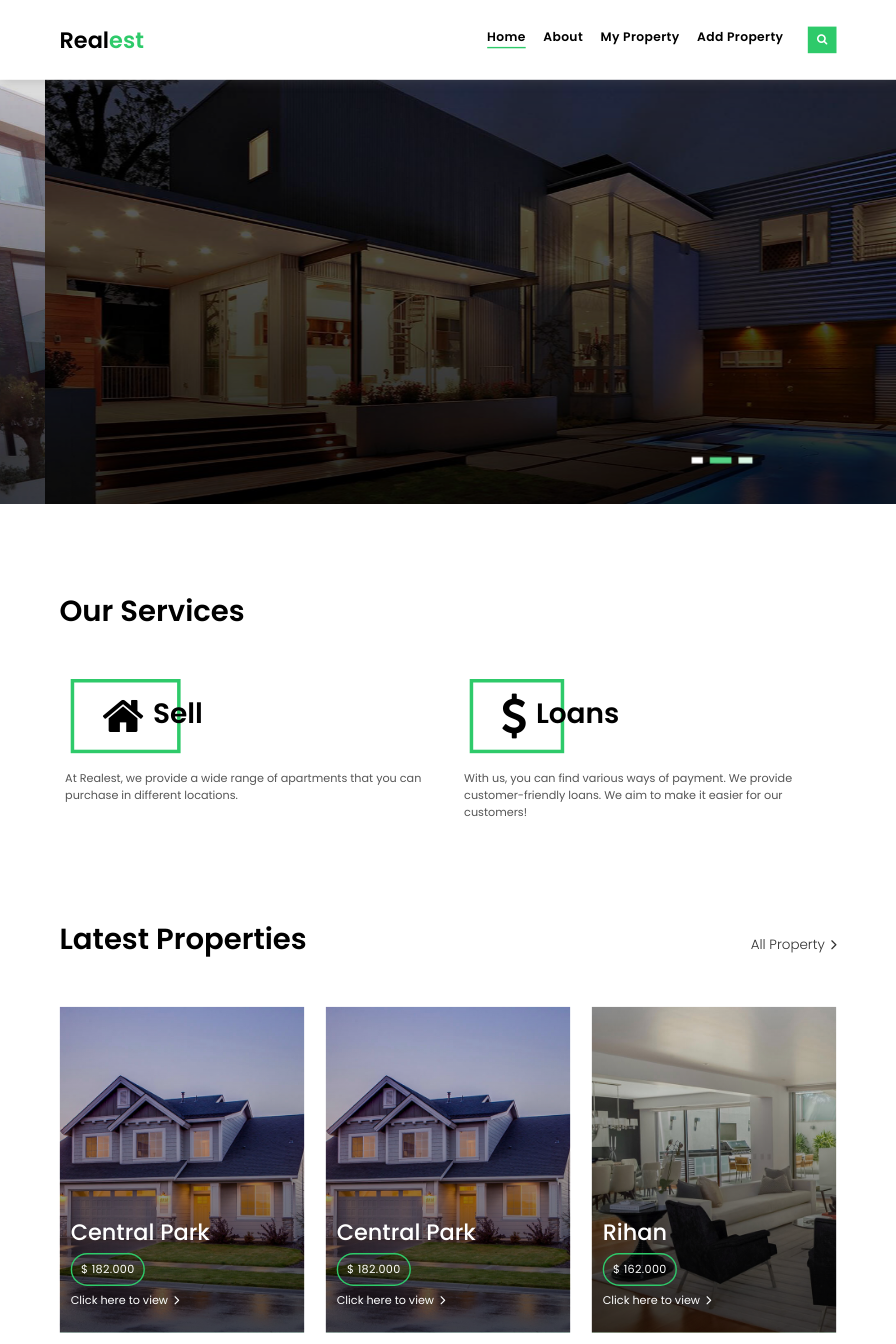
Repository: danaalhaji/realest
Page: http://localhost/realeast/WEB-INF/companyLandingPage.jsp
The author's editor kept a copy of each file at every save. The page is drawn from the files as they stood at one save, then again after the next save.
The browser window is 1280 px wide. The pictures show the part of the page from y = 0 to 1920 px (the page is 2900 px tall), at 70% of full size.
The page is served by Tomcat 9. Nobody is signed in. Other server files are loaded and not shown. The template is opened directly, without the code that normally fills it, so the values that code supplies are empty.

Above is the page before, as saved 2022-11-23 07:29:25.

### realeast/src/main/webapp/WEB-INF/companyLandingPage.jsp
<%@ page language="java" contentType="text/html; charset=UTF-8"
	pageEncoding="UTF-8"%>
<!-- c:out ; c:forEach etc. -->
<%@taglib uri="http://java.sun.com/jsp/jstl/core" prefix="c"%>
<!-- Formatting (dates) -->
<%@taglib uri="http://java.sun.com/jsp/jstl/fmt" prefix="fmt"%>
<!-- form:form -->
<%@ taglib prefix="form" uri="http://www.springframework.org/tags/form"%>
<!-- for rendering errors on PUT routes -->
<%@ page isErrorPage="true"%>

<!DOCTYPE html>
<html lang="en">
<head>
<meta charset="utf-8" />
<title>Realest</title>
<meta content="width=device-width, initial-scale=1.0" name="viewport" />
<meta content="" name="keywords" />
<meta content="" name="description" />
<base href="/">

<!-- Bootstrap CSS File -->
<link rel="stylesheet" href="/webjars/bootstrap/css/bootstrap.min.css" />
<link rel="stylesheet" href="css/style.css" />
<!-- Google Fonts -->
<link
	href="https://fonts.googleapis.com/css?family=Poppins:300,400,500,600,700"
	rel="stylesheet" />
<link href="img/favicon1.png" rel="icon" />
<link href="img/apple-touch-icon.png" rel="apple-touch-icon" />
<!-- Libraries CSS Files -->
<link href="lib/font-awesome/css/font-awesome.min.css" rel="stylesheet" />
<link href="lib/animate/animate.min.css" rel="stylesheet" />
<link href="lib/ionicons/css/ionicons.min.css" rel="stylesheet" />
<link href="lib/owlcarousel/assets/owl.carousel.min.css"
	rel="stylesheet" />
<!-- JavaScript Libraries -->
<script src="lib/jquery/jquery.min.js" defer></script>
<script src="lib/jquery/jquery-migrate.min.js" defer></script>
<script src="/webjars/jquery/jquery.min.js" defer></script>
<script src="lib/scrollreveal/scrollreveal.min.js" defer></script>
<script src="lib/owlcarousel/owl.carousel.min.js" defer></script>
<script type="text/javascript" src="js/main.js" defer></script>
<script src="lib/popper/popper.min.js" defer></script>
<script src="lib/bootstrap/js/bootstrap.min.js" defer></script>
<script src="lib/easing/easing.min.js" defer></script>
<script src="/webjars/bootstrap/js/bootstrap.min.js" defer></script>
<script src="./libs/jquery/1.10.1/jquery.min.js"></script>
</head>
<body>
	<div class="click-closed"></div>
	<!--/ Form Search Star /-->
	<div class="box-collapse">
		<div class="title-box-d">
			<h3 class="title-d">Search Property</h3>
		</div>
		<span class="close-box-collapse right-boxed ion-ios-close"></span>
		<div class="box-collapse-wrap form">
			<form class="form-a">
				<div class="row">
					<div class="col-md-12 mb-2">
						<div class="form-group">
							<label for="Type">Location</label> <input type="text"
								class="form-control form-control-lg form-control-a"
								placeholder="Location" />
						</div>
					</div>
					<div class="col-md-6 mb-2">
						<div class="form-group">
							<label for="Type">Starting Price</label> <input type="number"
								class="form-control form-control-lg form-control-a"
								placeholder="Starting Price" />
						</div>
					</div>
					<div class="col-md-6 mb-2">
						<div class="form-group">
							<label for="Type">Ending Price</label> <input type="number"
								class="form-control form-control-lg form-control-a"
								placeholder="Ending Price" />
						</div>
					</div>
					<div class="col-md-6 mb-2">
						<div class="form-group">
							<label for="Type">Starting Area</label> <input type="number"
								class="form-control form-control-lg form-control-a"
								placeholder="Starting Area" />
						</div>
					</div>
					<div class="col-md-6 mb-2">
						<div class="form-group">
							<label for="Type">Ending Area</label> <input type="number"
								class="form-control form-control-lg form-control-a"
								placeholder="Ending Area" />
						</div>
					</div>
					<div class="col-md-6 mb-2">
						<div class="form-group">
							<label for="bathrooms">Status</label> <select
								class="form-control form-control-lg form-control-a"
								id="bathrooms">
								<option>Under Construction</option>
								<option>Move-in ready</option>
							</select>
						</div>
					</div>
					<div class="col-md-6 mb-2">
						<div class="form-group">
							<label for="price">Payment method</label> <select
								class="form-control form-control-lg form-control-a" id="price">
								<option>Cash</option>
								<option>Loans</option>
								<option>Cheques</option>
							</select>
						</div>
					</div>
					<div class="col-md-12">
						<button type="submit" class="btn btn-b">Search Property</button>
					</div>
				</div>
			</form>
		</div>
	</div>
	<!--/ Form Search End /-->

	<!--/ Nav Star /-->
	<nav
		class="navbar navbar-default navbar-trans navbar-expand-lg fixed-top">
		<div class="container">
			<button class="navbar-toggler collapsed" type="button"
				data-toggle="collapse" data-target="#navbarDefault"
				aria-controls="navbarDefault" aria-expanded="false"
				aria-label="Toggle navigation">
				<span></span> <span></span> <span></span>
			</button>
			<a class="navbar-brand text-brand" href="/">Real<span
				class="color-b">est</span></a>
			<button type="button"
				class="btn btn-link nav-search navbar-toggle-box-collapse d-md-none"
				data-toggle="collapse" data-target="#navbarTogglerDemo01"
				aria-expanded="false">
				<span class="fa fa-search" aria-hidden="true"></span>
			</button>
			<div></div>
			<div class="navbar-collapse collapse d-flex flex-row-reverse"
				id="navbarDefault">
				<ul class="navbar-nav">
					<li class="nav-item"><a class="nav-link active" href="/">Home</a></li>
					<li class="nav-item"><a class="nav-link" href="/about">About</a>
					</li>
					<li class="nav-item"><a class="nav-link" href="/companyProperty">My Property</a></li>
					<li class="nav-item"><a class="nav-link" href="new/project">Add Property</a>
					</li>
					<li class="nav-item"><c:if test="${company_id != null}">
							<a href="/logoutcustomer" class="btn btn-dark btn-sm btn-block">Sign
								out</a>
						</c:if></li>
				</ul>
			</div>
			<button type="button"
				class="btn btn-b-n navbar-toggle-box-collapse d-none d-md-block"
				data-toggle="collapse" data-target="#navbarTogglerDemo01"
				aria-expanded="false">
				<span class="fa fa-search" aria-hidden="true"></span>
			</button>
		</div>
	</nav>
	<!--/ Nav End /-->

	<!--/ Carousel Star /-->
	<div class="intro intro-carousel">
		<div id="carousel" class="owl-carousel owl-theme">
			<div class="carousel-item-a intro-item bg-image"
				style="background-image: url(img/slide-1.jpg)">
				<div class="overlay overlay-a"></div>
				<div class="intro-content display-table">
					<div class="table-cell">
						<div class="container">
							<div class="row">
								<div class="col-lg-8">
									<div class="intro-body">
										<h2 class="intro-title mb-4">
											<span class="color-b">Realest</span><br /> Project1 Name
										</h2>
									</div>
								</div>
							</div>
						</div>
					</div>
				</div>
			</div>
			<div class="carousel-item-a intro-item bg-image"
				style="background-image: url(img/slide-2.jpg)">
				<div class="overlay overlay-a"></div>
				<div class="intro-content display-table">
					<div class="table-cell">
						<div class="container">
							<div class="row">
								<div class="col-lg-8">
									<div class="intro-body">
										<h1 class="intro-title mb-4">
											<span class="color-b">Realest</span><br /> project2 name
										</h1>
									</div>
								</div>
							</div>
						</div>
					</div>
				</div>
			</div>
			<div class="carousel-item-a intro-item bg-image"
				style="background-image: url(img/slide-3.jpg)">
				<div class="overlay overlay-a"></div>
				<div class="intro-content display-table">
					<div class="table-cell">
						<div class="container">
							<div class="row">
								<div class="col-lg-8">
									<div class="intro-body">
										<h1 class="intro-title mb-4">
											<span class="color-b">Realest</span><br /> project3 name
										</h1>
									</div>
								</div>
							</div>
						</div>
					</div>
				</div>
			</div>
		</div>
	</div>
	<!--/ Carousel end /-->

	<!--/ Services Star /-->
	<section class="section-services section-t8">
		<div class="container">
			<div class="row">
				<div class="col-md-12">
					<div class="title-wrap d-flex justify-content-between">
						<div class="title-box">
							<h2 class="title-a">Our Services</h2>
						</div>
					</div>
				</div>
			</div>
			<div class="row">
				<div class="col-md-6">
					<div class="card-box-c foo">
						<div class="card-header-c d-flex">
							<div class="card-box-ico">
								<span class="fa fa-home"></span>
							</div>
							<div class="card-title-c align-self-center">
								<h2 class="title-c">Sell</h2>
							</div>
						</div>
						<div class="card-body-c">
							<p class="content-c">At Realest, we provide a wide range of
								apartments that you can purchase in different locations.</p>
						</div>
					</div>
				</div>
				<div class="col-md-6">
					<div class="card-box-c foo">
						<div class="card-header-c d-flex">
							<div class="card-box-ico">
								<span class="fa fa-usd"></span>
							</div>
							<div class="card-title-c align-self-center">
								<h2 class="title-c">Loans</h2>
							</div>
						</div>
						<div class="card-body-c">
							<p class="content-c">With us, you can find various ways of
								payment. We provide customer-friendly loans. We aim to make it
								easier for our customers!</p>
						</div>
					</div>
				</div>
			</div>
		</div>
	</section>
	<!--/ Services End /-->

	<!--/ Property Star /-->
	<section class="section-property section-t8">
		<div class="container">
			<div class="row">
				<div class="col-md-12">
					<div class="title-wrap d-flex justify-content-between">
						<div class="title-box">
							<h2 class="title-a">Latest Properties</h2>
						</div>
						<div class="title-link">
							<a href="/property">All Property <span
								class="ion-ios-arrow-forward"></span>
							</a>
						</div>
					</div>
				</div>
			</div>
			<div id="property-carousel" class="owl-carousel owl-theme">
				<div class="carousel-item-b">
					<div class="card-box-a card-shadow">
						<div class="img-box-a">
							<img src='<c:url value="img/property-3.jpg"/>' class="logo" />
						</div>
						<div class="card-overlay">
							<div class="card-overlay-a-content">
								<div class="card-header-a">
									<h2 class="card-title-a">
										<a href="property-single.html"><br /> Central Park</a>
									</h2>
								</div>
								<div class="card-body-a">
									<div class="price-box d-flex">
										<span class="price-a">$ 182.000</span>
									</div>
									<a href="/detail" class="link-a">Click here to view <span
										class="ion-ios-arrow-forward"></span>
									</a>
								</div>
								<div class="card-footer-a">
									<ul class="card-info d-flex justify-content-around">
										<li>
											<h4 class="card-info-title">Area</h4> <span>350m <sup>2</sup>
										</span>
										</li>
										<li>
											<h4 class="card-info-title">Beds</h4> <span>2</span>
										</li>
										<li>
											<h4 class="card-info-title">Baths</h4> <span>4</span>
										</li>
										<li>
											<h4 class="card-info-title">Garages</h4> <span>1</span>
										</li>
									</ul>
								</div>
							</div>
						</div>
					</div>
				</div>
				<div class="carousel-item-b">
					<div class="card-box-a card-shadow">
						<div class="img-box-a">
							<img src='<c:url value="img/property-3.jpg"/>' class="logo" />
						</div>
						<div class="card-overlay">
							<div class="card-overlay-a-content">
								<div class="card-header-a">
									<h2 class="card-title-a">
										<a href="property-single.html"><br /> Central Park</a>
									</h2>
								</div>
								<div class="card-body-a">
									<div class="price-box d-flex">
										<span class="price-a">$ 182.000</span>
									</div>
									<a href="/detail" class="link-a">Click here to view <span
										class="ion-ios-arrow-forward"></span>
									</a>
								</div>
								<div class="card-footer-a">
									<ul class="card-info d-flex justify-content-around">
										<li>
											<h4 class="card-info-title">Area</h4> <span>350m <sup>2</sup>
										</span>
										</li>
										<li>
											<h4 class="card-info-title">Beds</h4> <span>2</span>
										</li>
										<li>
											<h4 class="card-info-title">Baths</h4> <span>4</span>
										</li>
										<li>
											<h4 class="card-info-title">Garages</h4> <span>1</span>
										</li>
									</ul>
								</div>
							</div>
						</div>
					</div>
				</div>
				<div class="carousel-item-b">
					<div class="card-box-a card-shadow">
						<div class="img-box-a">
							<img src='<c:url value="/img/property-7.jpg"/>' class="logo" />
						</div>
						<div class="card-overlay">
							<div class="card-overlay-a-content">
								<div class="card-header-a">
									<h2 class="card-title-a">
										<a href="property-single.html"><br /> Rihan</a>
									</h2>
								</div>
								<div class="card-body-a">
									<div class="price-box d-flex">
										<span class="price-a">$ 162.000</span>
									</div>
									<a href="/detail" class="link-a">Click here to view <span
										class="ion-ios-arrow-forward"></span>
									</a>
								</div>
								<div class="card-footer-a">
									<ul class="card-info d-flex justify-content-around">
										<li>
											<h4 class="card-info-title">Area</h4> <span>340m <sup>2</sup>
										</span>
										</li>
										<li>
											<h4 class="card-info-title">Beds</h4> <span>2</span>
										</li>
										<li>
											<h4 class="card-info-title">Baths</h4> <span>4</span>
										</li>
										<li>
											<h4 class="card-info-title">Garages</h4> <span>1</span>
										</li>
									</ul>
								</div>
							</div>
						</div>
					</div>
				</div>
				<div class="carousel-item-b">
					<div class="card-box-a card-shadow">
						<div class="img-box-a">
							<img src='<c:url value="img/property-10.jpg"/>' class="logo" />
						</div>
						<div class="card-overlay">
							<div class="card-overlay-a-content">
								<div class="card-header-a">
									<h2 class="card-title-a">
										<a href="property-single.html">204 Montal <br /> South
											Bela Two
										</a>
									</h2>
								</div>
								<div class="card-body-a">
									<div class="price-box d-flex">
										<span class="price-a">$ 172.000</span>
									</div>
									<a href="/detail" class="link-a">Click here to view <span
										class="ion-ios-arrow-forward"></span>
									</a>
								</div>
								<div class="card-footer-a">
									<ul class="card-info d-flex justify-content-around">
										<li>
											<h4 class="card-info-title">Area</h4> <span>340m <sup>2</sup>
										</span>
										</li>
										<li>
											<h4 class="card-info-title">Beds</h4> <span>2</span>
										</li>
										<li>
											<h4 class="card-info-title">Baths</h4> <span>4</span>
										</li>
										<li>
											<h4 class="card-info-title">Garages</h4> <span>1</span>
										</li>
									</ul>
								</div>
							</div>
						</div>
					</div>
				</div>
			</div>
		</div>
	</section>
	<!--/ Property End /-->
	<!--/ Testimonials Star /-->
	<section class="section-testimonials section-t8 nav-arrow-a">
		<div class="container">
			<div class="row">
				<div class="col-md-12">
					<div class="title-wrap d-flex justify-content-between">
						<div class="title-box">
							<h2 class="title-a">Testimonials</h2>
						</div>
					</div>
				</div>
			</div>
			<div id="testimonial-carousel" class="owl-carousel owl-arrow">
				<div class="carousel-item-a">
					<div class="testimonials-box">
						<div class="row">
							<div class="col-sm-12 col-md-12">
								<div class="testimonial-ico">
									<span class="ion-ios-quote"></span>
								</div>
								<div class="testimonials-content">
									<p class="testimonial-text">My wife & I have moved 6 times
										in the last 25 years. Obviously, we've dealt with many
										realtors both on the buying and selling side. I have to say
										that Ahmad is by far the BEST realtor we've ever worked with,
										his professionalism, personality, attention to detail,
										responsiveness and his ability to close the deal was
										Outstanding!!! If you are buying or selling a home, do
										yourselves a favor and hire Ahmad Hashem!!</p>
								</div>
								<div class="testimonial-author-box">
									<img src="img/mini-testimonial-1.jpg"
										class="testimonial-avatar" />
									<h5 class="testimonial-author">Mohammad & Hiba</h5>
								</div>
							</div>
						</div>
					</div>
				</div>
				<div class="carousel-item-a">
					<div class="testimonials-box">
						<div class="row">
							<div class="col-sm-12 col-md-12">
								<div class="testimonial-ico">
									<span class="ion-ios-quote"></span>
								</div>
								<div class="testimonials-content">
									<p class="testimonial-text">We recently purchased a
										condominium in Portland with Ahmad Hashem working as our
										buyer's agent. This was complicated by the fact that we lived
										in St. Louis, MO at the time. From start to finish Ahmad
										ushered us through the process in a very thorough and gracious
										manner. While we were on a brief first visit to Portland,
										Ahmad gave us detailed and helpful information about the condo
										market and neighborhoods in the city. After this we felt
										oriented and informed enough to make a purchase decision from
										out of state. After we decided on one building, Ahmad checked
										out four possibilities for us. Once we chose a unit, he made a
										video tour for us so we could see what we would be getting.
										Throughout the process we felt we could trust Ahmad to act in
										our best interests, and our trust was entirely justified. We
										especially appreciated that he was successful in negotiating a
										later closing date, which saved us from having to take out an
										expensive bridge loan! We wholeheartedly recommend Ahmad
										Hashem as a real estate agent! We think anyone would find him
										engaging, understanding and very easy to work with.</p>
								</div>
								<div class="testimonial-author-box">
									<img src='<c:url value="img/mini-testimonial-2.jpg"/>'
										class="testimonial-avatar" />
									<h5 class="testimonial-author">Bilal & Sara</h5>
								</div>
							</div>
						</div>
					</div>
				</div>
			</div>
		</div>
	</section>
	<!--/ Testimonials End /-->
	<footer>
		<div class="container">
			<div class="row">
				<div class="col-md-12">
					<nav class="nav-footer">
						<ul class="list-inline">
							<li class="list-inline-item"><a href="#">Home</a></li>
							<li class="list-inline-item"><a href="/about">About</a></li>
							<li class="list-inline-item"><a href="/property">Property</a></li>
							<li class="list-inline-item"><a href="/contact">Contact</a></li>
						</ul>
					</nav>
					<div class="socials-a">
						<ul class="list-inline">
							<li class="list-inline-item"><a href="#"> <i
									class="fa fa-facebook" aria-hidden="true"></i>
							</a></li>
							<li class="list-inline-item"><a href="#"> <i
									class="fa fa-twitter" aria-hidden="true"></i>
							</a></li>
							<li class="list-inline-item"><a href="#"> <i
									class="fa fa-instagram" aria-hidden="true"></i>
							</a></li>
							<li class="list-inline-item"><a href="#"> <i
									class="fa fa-pinterest-p" aria-hidden="true"></i>
							</a></li>
						</ul>
					</div>
					<div class="copyright-footer">
						<p class="copyright color-text-a">
							&copy; Copyright <span class="color-a">Realest</span> All Rights
							Reserved.
						</p>
					</div>
				</div>
			</div>
		</div>
	</footer>
	<!--/ Footer End /-->

	<a href="#" class="back-to-top"><i class="fa fa-chevron-up"></i></a>
	<div id="preloader"></div>
</body>
</html>

Loaded but not shown: realeast/src/main/resources/static/lib/bootstrap/css/bootstrap.min.css (library); realeast/src/main/resources/static/lib/font-awesome/css/font-awesome.min.css (library); realeast/src/main/resources/static/lib/animate/animate.min.css (library); realeast/src/main/resources/static/lib/ionicons/css/ionicons.min.css (library); realeast/src/main/resources/static/lib/owlcarousel/assets/owl.carousel.min.css (library); realeast/src/main/resources/static/lib/jquery/jquery.min.js (library); realeast/src/main/resources/static/lib/jquery/jquery-migrate.min.js (library); realeast/src/main/resources/static/lib/scrollreveal/scrollreveal.min.js (library); realeast/src/main/resources/static/lib/owlcarousel/owl.carousel.min.js (library); realeast/src/main/resources/static/lib/popper/popper.min.js (library); realeast/src/main/resources/static/lib/bootstrap/js/bootstrap.min.js (library); realeast/src/main/resources/static/lib/easing/easing.min.js (common file); realeast/src/main/resources/static/js/main.js (150 lines, source omitted); realeast/src/main/resources/static/css/style.css (2038 lines, source omitted)

After the next save:
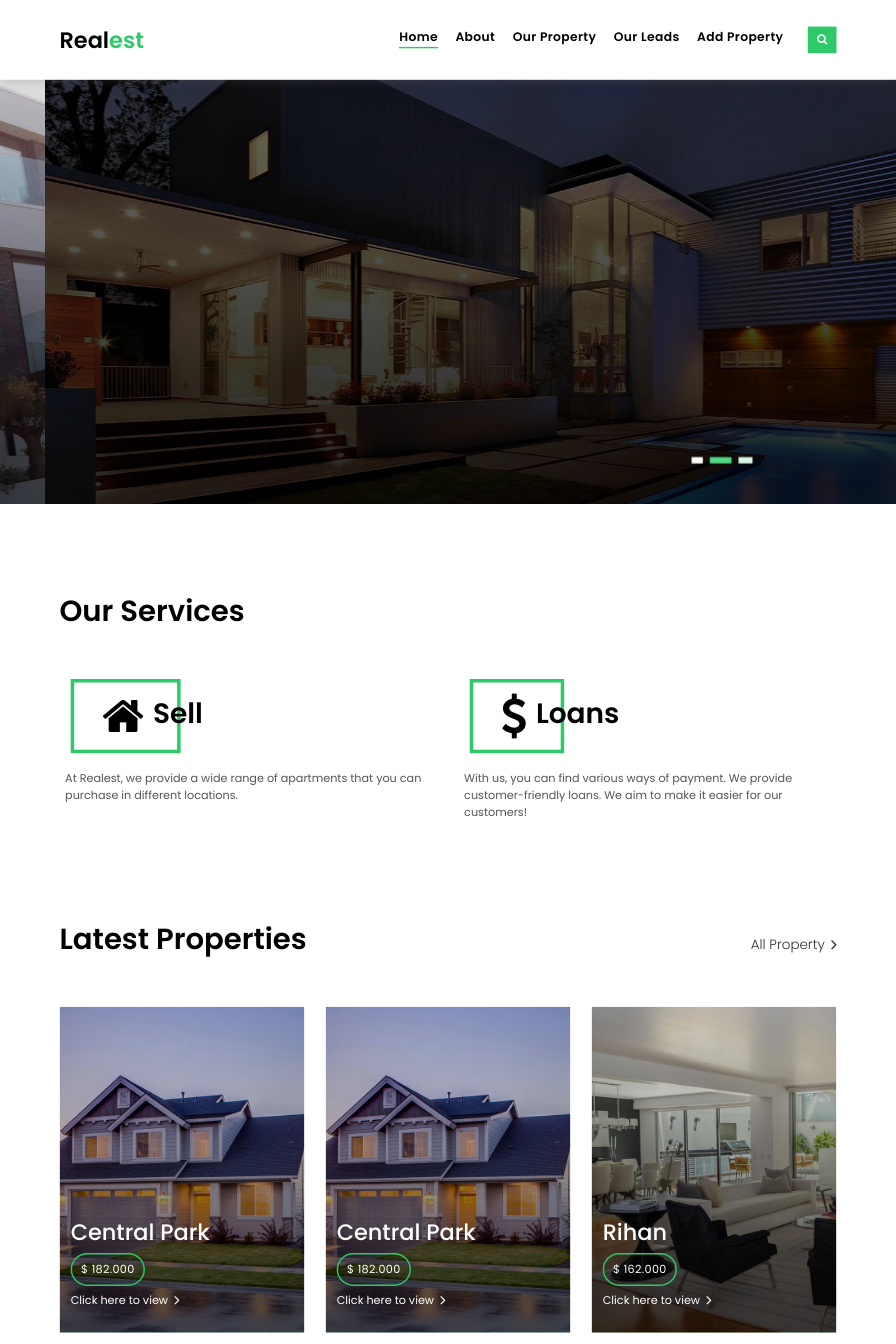
Saved 3 min 5 s later.
--- a/realeast/src/main/webapp/WEB-INF/companyLandingPage.jsp
+++ b/realeast/src/main/webapp/WEB-INF/companyLandingPage.jsp
@@ -147,7 +147,8 @@
 					<li class="nav-item"><a class="nav-link active" href="/">Home</a></li>
 					<li class="nav-item"><a class="nav-link" href="/about">About</a>
 					</li>
-					<li class="nav-item"><a class="nav-link" href="/companyProperty">My Property</a></li>
+					<li class="nav-item"><a class="nav-link" href="/companyProperty">Our Property</a></li>
+					<li class="nav-item"><a class="nav-link" href="/companyProperty">Our Leads</a></li>
 					<li class="nav-item"><a class="nav-link" href="new/project">Add Property</a>
 					</li>
 					<li class="nav-item"><c:if test="${company_id != null}">
